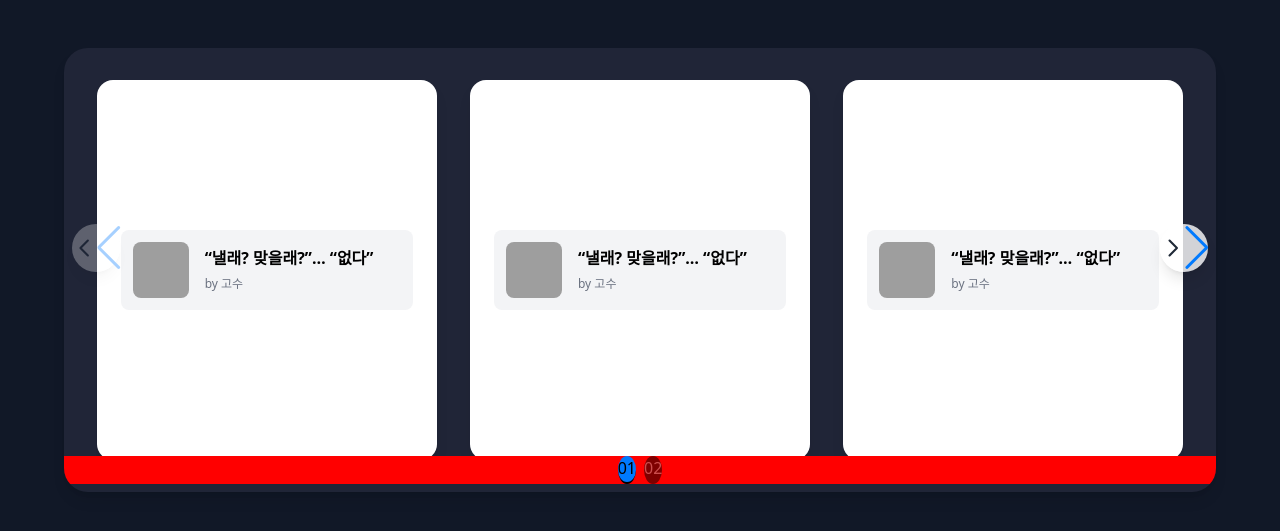
Repository: hyerim1234/travelblog
Page: html/slide2.html
These files come from the project's save history. The page is drawn as it stood at one moment and after the next save; the edit follows.
The browser window is 1280 px wide. The pictures show the whole page.
Pictures or frames that could not be fetched are drawn as grey boxes. Some web libraries are served in a nearby version.

Above is the page before, as saved 2025-06-05 13:23:52.

### html/slide2.html
<!DOCTYPE html>
<html lang="ko">
<head>
  <meta charset="UTF-8" />
  <meta name="viewport" content="width=device-width, initial-scale=1.0"/>
  <title>슬라이드 박스 그룹형 브런치 슬라이더</title>
  <script src="https://cdn.tailwindcss.com"></script>
  <link rel="stylesheet" href="https://unpkg.com/swiper/swiper-bundle.min.css" />
  <style>
    .swiper-container { overflow: hidden; }
    .swiper-pagination {
      display: flex !important;
      justify-content: center;
      /* margin-top: 1.5rem !important; */
      background-color: red;
    }
    .swiper-pagination-bullet {
      width: auto;
      height: auto;
      opacity: 0.5;
      color: #999;
      margin: 0 0.25rem;
      font-size: 1rem;
      padding-bottom: 0.15rem;
      cursor: pointer;
    }
    .swiper-pagination-bullet-active {
      opacity: 1;
      color: #000;
      border-bottom: 2px solid #000;
    }
    .swiper-button-prev, .swiper-button-next {
      top: 50% !important;
      transform: translateY(-50%);
    }
  </style>
</head>
<body class="bg-gray-900">

  <section class="py-12 overflow-x-hidden">
    <div class="container mx-auto px-4">
      <div class="flex justify-center">
        <!-- 3개 슬라이드+네비를 감싸는 긴 배경 박스 -->
        <div class="relative w-full max-w-6xl bg-[#202537] rounded-3xl shadow-lg px-8 py-8 overflow-hidden">
          <div class="swiper-container">
            <div class="swiper-wrapper">
              <!-- ...슬라이드 반복(아래 예시) -->
              <div class="swiper-slide flex justify-center">
                <div class="bg-white rounded-2xl shadow-lg w-[340px] h-[380px] flex flex-col justify-center gap-4 p-6">
                  <!-- 카드 내용... -->
                  <div class="flex items-center gap-4 bg-gray-100 rounded-lg p-3">
                    <img src="https://picsum.photos/id/1069/60/60" class="rounded-lg w-14 h-14 object-cover" />
                    <div>
                      <p class="font-semibold">“낼래? 맞을래?”… “없다”</p>
                      <span class="text-xs text-gray-500">by 고수</span>
                    </div>
                  </div>
                  <!-- ...이하 동일하게 카드 채우기 -->
                </div>
              </div>
              <!-- 슬라이드 박스 2~6... 동일하게 복붙 -->
               <div class="swiper-slide flex justify-center">
                <div class="bg-white rounded-2xl shadow-lg w-[340px] h-[380px] flex flex-col justify-center gap-4 p-6">
                  <!-- 카드 내용... -->
                  <div class="flex items-center gap-4 bg-gray-100 rounded-lg p-3">
                    <img src="https://picsum.photos/id/1069/60/60" class="rounded-lg w-14 h-14 object-cover" />
                    <div>
                      <p class="font-semibold">“낼래? 맞을래?”… “없다”</p>
                      <span class="text-xs text-gray-500">by 고수</span>
                    </div>
                  </div>
                  <!-- ...이하 동일하게 카드 채우기 -->
                </div>
              </div>
              <div class="swiper-slide flex justify-center">
                <div class="bg-white rounded-2xl shadow-lg w-[340px] h-[380px] flex flex-col justify-center gap-4 p-6">
                  <!-- 카드 내용... -->
                  <div class="flex items-center gap-4 bg-gray-100 rounded-lg p-3">
                    <img src="https://picsum.photos/id/1069/60/60" class="rounded-lg w-14 h-14 object-cover" />
                    <div>
                      <p class="font-semibold">“낼래? 맞을래?”… “없다”</p>
                      <span class="text-xs text-gray-500">by 고수</span>
                    </div>
                  </div>
                  <!-- ...이하 동일하게 카드 채우기 -->
                </div>
              </div>

              <div class="swiper-slide flex justify-center">
                <div class="bg-white rounded-2xl shadow-lg w-[340px] h-[380px] flex flex-col justify-center gap-4 p-6">
                  <!-- 카드 내용... -->
                  <div class="flex items-center gap-4 bg-gray-100 rounded-lg p-3">
                    <img src="https://picsum.photos/id/1069/60/60" class="rounded-lg w-14 h-14 object-cover" />
                    <div>
                      <p class="font-semibold">“낼래? 맞을래?”… “없다”</p>
                      <span class="text-xs text-gray-500">by 고수</span>
                    </div>
                  </div>
                  <!-- ...이하 동일하게 카드 채우기 -->
                </div>
              </div>

              <div class="swiper-slide flex justify-center">
                <div class="bg-white rounded-2xl shadow-lg w-[340px] h-[380px] flex flex-col justify-center gap-4 p-6">
                  <!-- 카드 내용... -->
                  <div class="flex items-center gap-4 bg-gray-100 rounded-lg p-3">
                    <img src="https://picsum.photos/id/1069/60/60" class="rounded-lg w-14 h-14 object-cover" />
                    <div>
                      <p class="font-semibold">“낼래? 맞을래?”… “없다”</p>
                      <span class="text-xs text-gray-500">by 고수</span>
                    </div>
                  </div>
                  <!-- ...이하 동일하게 카드 채우기 -->
                </div>
              </div>

              <div class="swiper-slide flex justify-center">
                <div class="bg-white rounded-2xl shadow-lg w-[340px] h-[380px] flex flex-col justify-center gap-4 p-6">
                  <!-- 카드 내용... -->
                  <div class="flex items-center gap-4 bg-gray-100 rounded-lg p-3">
                    <img src="https://picsum.photos/id/1069/60/60" class="rounded-lg w-14 h-14 object-cover" />
                    <div>
                      <p class="font-semibold">“낼래? 맞을래?”… “없다”</p>
                      <span class="text-xs text-gray-500">by 고수</span>
                    </div>
                  </div>
                  <!-- ...이하 동일하게 카드 채우기 -->
                </div>
              </div>
              <!-- ... -->
            </div>
            <!-- 네비/페이지네이션은 swiper-container 안쪽에 위치 -->
            <button class="swiper-button-prev absolute top-1/2 left-2 z-10 w-12 h-12 bg-white bg-opacity-80 hover:bg-opacity-100 rounded-full flex items-center justify-center shadow-lg" aria-label="Previous slide">
              <svg xmlns="http://www.w3.org/2000/svg" class="w-6 h-6 text-gray-800" fill="none" viewBox="0 0 24 24" stroke="currentColor">
                <path stroke-linecap="round" stroke-linejoin="round" stroke-width="2" d="M15 19l-7-7 7-7" />
              </svg>
            </button>
            <button class="swiper-button-next absolute top-1/2 right-2 z-10 w-12 h-12 bg-white bg-opacity-80 hover:bg-opacity-100 rounded-full flex items-center justify-center shadow-lg" aria-label="Next slide">
              <svg xmlns="http://www.w3.org/2000/svg" class="w-6 h-6 text-gray-800" fill="none" viewBox="0 0 24 24" stroke="currentColor">
                <path stroke-linecap="round" stroke-linejoin="round" stroke-width="2" d="M9 5l7 7-7 7" />
              </svg>
            </button>
            <div class="swiper-pagination"></div>
          </div>
        </div>
      </div>
    </div>
  </section>

  <script src="https://unpkg.com/swiper/swiper-bundle.min.js"></script>
  <script>
    const swiper = new Swiper('.swiper-container', {
      slidesPerView: 3,
      slidesPerGroup: 3,
      spaceBetween: 32,
      centeredSlides: false,
      navigation: {
        nextEl: '.swiper-button-next',
        prevEl: '.swiper-button-prev',
      },
      pagination: {
        el: '.swiper-pagination',
        clickable: true,
        renderBullet: (idx, className) => {
          const num = idx+1 < 10 ? '0'+(idx+1) : (idx+1);
          return `<span class="${className}">${num}</span>`;
        },
      },
      breakpoints: {
        1280: { slidesPerView: 3, slidesPerGroup: 3, spaceBetween: 32 },
        1024: { slidesPerView: 2, slidesPerGroup: 2, spaceBetween: 24 },
        640:  { slidesPerView: 1, slidesPerGroup: 1, spaceBetween: 16 },
      },
    });
  </script>
</body>
</html>

After the next save:
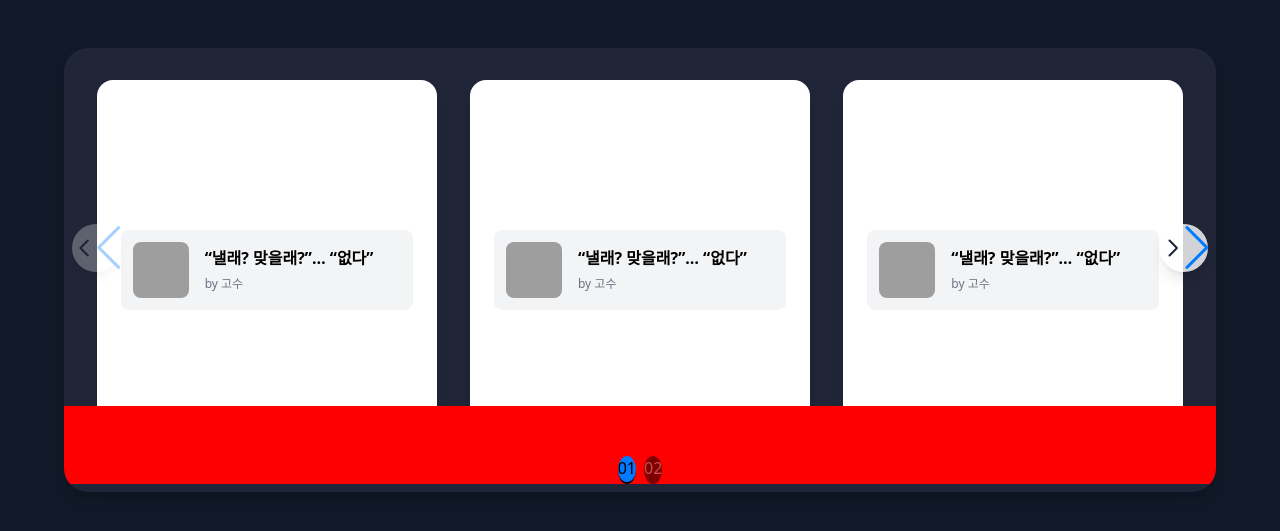
Saved 5 s later.
--- a/html/slide2.html
+++ b/html/slide2.html
@@ -13,6 +13,7 @@
       justify-content: center;
       /* margin-top: 1.5rem !important; */
       background-color: red;
+      padding-top: 50px !important;
     }
     .swiper-pagination-bullet {
       width: auto;
